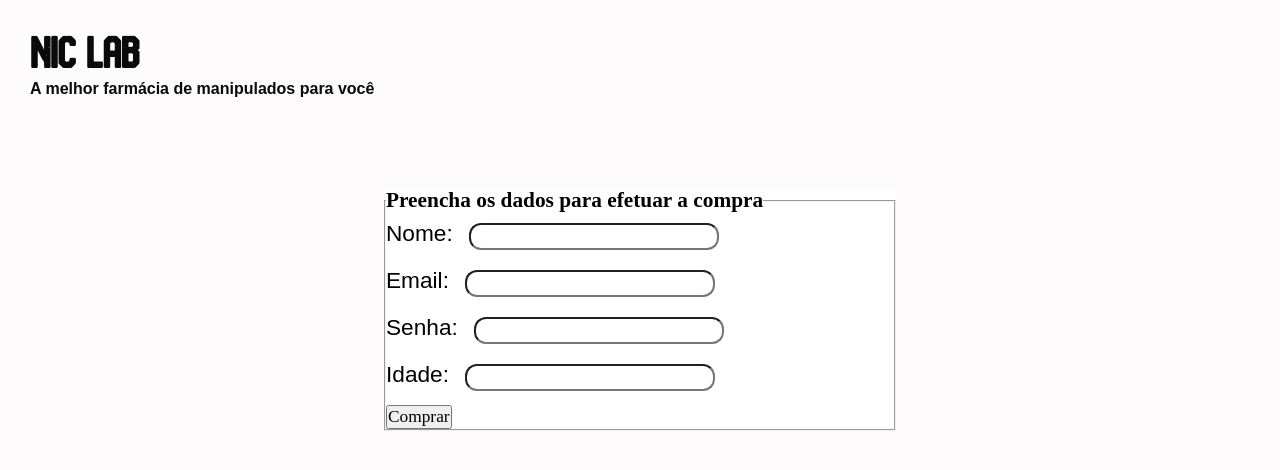
Repository: Leonngc/Lab
Page: comprar.html
These files come from the project's save history. The page is drawn as it stood at one moment and after the next save; the edit follows.
The browser window is 1280 px wide. The pictures show the whole page.

Above is the page before, as saved 2022-12-30 12:32:25.

### comprar.html
<!DOCTYPE html>
<html lang="en">
<head>
    <meta charset="UTF-8">
    <meta http-equiv="X-UA-Compatible" content="IE=edge">
    <meta name="viewport" content="width=device-width, initial-scale=1.0">
    <title>Nic Lab</title>
    <link rel="stylesheet" href="styles/pag-compra.css">
</head>
<body>
    <header id="tit">
        <h1 id="main">NIC LAB</h1>
        <h4 id="sub">A melhor farmácia de manipulados para você</h4>
    </header>
 <div id="formu">

     <form>
         <fieldset>
            <legend><h4>Preencha os dados para efetuar a compra</h4></legend>
            <label for="nome">Nome: </label> <input id="nome" type="text" class="dados" required autocomplete="name" minlength="3" placeholder=""> <br>
            <label for="email">Email</label>: <input type="email" name="" id="email" class="dados" required autocomplete="email"> <br>
            <label for="senha">Senha:</label> <input type="password" name="" id="senha" class="dados" required> <br>
            <label for="idade">Idade:</label> <input type="number" name="idade" id="idade" class="dados" required minlength="5" maxlength="10"> <br>
            <input type="submit" value="Comprar" id="compra" onclick="comprar()">
         </fieldset>

     </form>
 </div>
<script src="compra.js"></script>
</body>
</html>

### styles/pag-compra.css
@font-face {
    font-family: Safety;
    src: url(../fonts/No\ Safety\ Zone.ttf);
}

*{
    margin: 0;
    padding: 0;
    box-sizing: border-box;
}

header#tit{
    margin-left: 30px;
    margin-top: 30px;
    color: #0a0a0a;


}
h1{
    font-family: Safety;
    font-size: 32pt ;
}
h4#sub{
    font-family:Arial, Helvetica, sans-serif;
    font-size: 12pt;
}
h2#tit2{
    text-align: center;
    font-family: cursive;
}
body{
    background-color: #fdfbfb;
}

div#formu{
    background-color: #ffffff;
    font-size: 17pt;
    font-family: Arial, Helvetica, sans-serif;
    text-align: justify;
    margin: auto;
    margin-top: 90px;
    width: 40%;
    border-radius: 5px;

}
legend{
    font-size: 16pt;
    font-family: cursive;
}
input#compra{
    font-family: fantasy;
    font-size: 13pt;
}
input#nome{
    text-transform: capitalize;
}

.dados{
    border-radius: 12px;
    width: 250px;
    padding: 4px;
    margin: 10px;
}

### js/compra.js
function comprar(){
    let nome = document.getElementById('nome').value
    let idade = document.getElementById('idade').value
   if(idade < 18){
    alert('Infelizmente você não pode efetuar sua compra, pois você é menor de idade!')
   }else{
    window.location.href = "confirm.html"
    let res = document.getElementById('res')
    res.innerHTML = `${nome}, sua compra foi confirmada. agradecemos por confiar na <strong>Nic Lab</strong>`
}
}

After the next save:
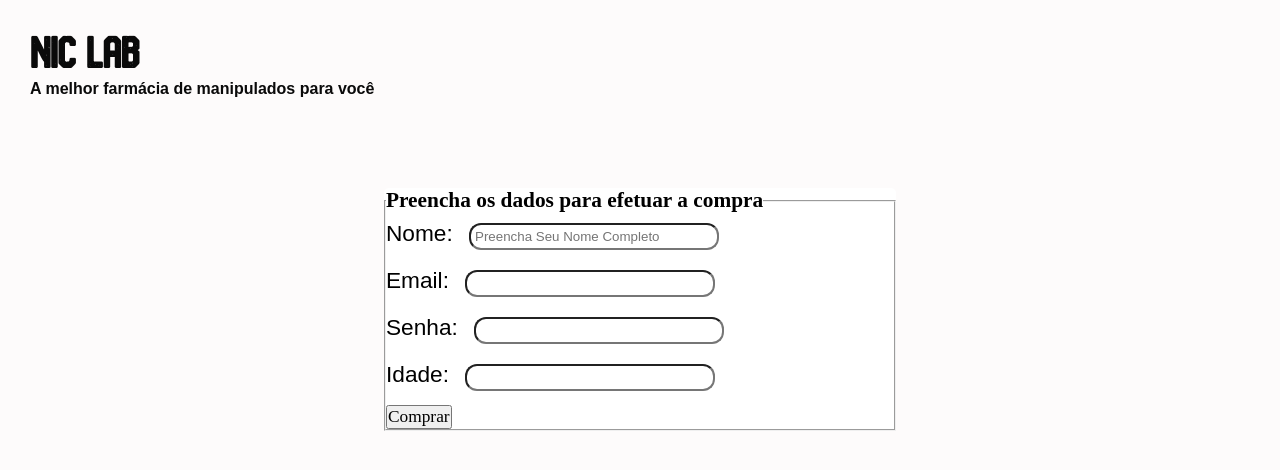
Saved 10 s later.
--- a/comprar.html
+++ b/comprar.html
@@ -17,7 +17,7 @@
      <form>
          <fieldset>
             <legend><h4>Preencha os dados para efetuar a compra</h4></legend>
-            <label for="nome">Nome: </label> <input id="nome" type="text" class="dados" required autocomplete="name" minlength="3" placeholder=""> <br>
+            <label for="nome">Nome: </label> <input id="nome" type="text" class="dados" required autocomplete="name" minlength="3" placeholder="Preencha seu nome completo"> <br>
             <label for="email">Email</label>: <input type="email" name="" id="email" class="dados" required autocomplete="email"> <br>
             <label for="senha">Senha:</label> <input type="password" name="" id="senha" class="dados" required> <br>
             <label for="idade">Idade:</label> <input type="number" name="idade" id="idade" class="dados" required minlength="5" maxlength="10"> <br>
